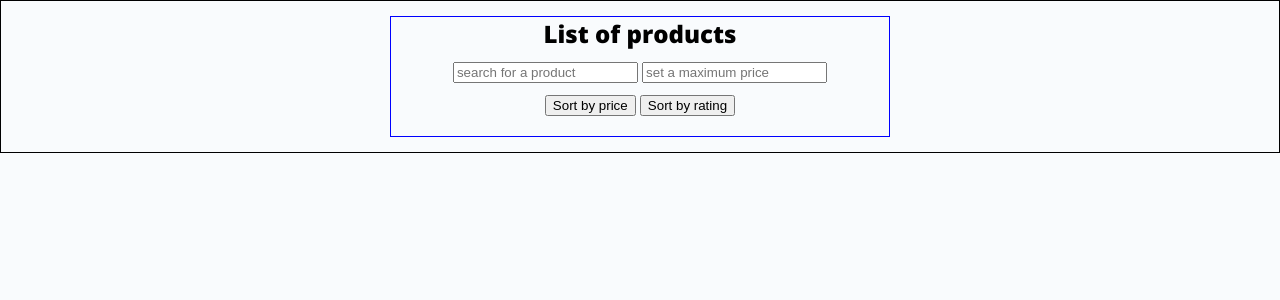
Repository: andrii1/hyf-homework
Page: javascript/javascript2/week2/hyf-bay/index.html
An editor plug-in stored every save of this project. The page is shown before and after the next save, followed by the edit.
The browser window is 1280 px wide. The pictures show the whole page.

Above is the page before, as saved 2022-07-06 12:20:39.

After the next save:
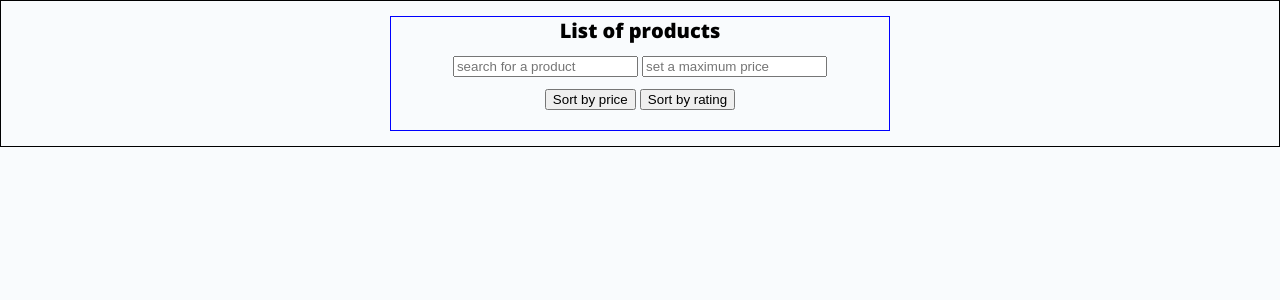
Saved 54 s later.
--- a/javascript/javascript2/week2/hyf-bay/main.css
+++ b/javascript/javascript2/week2/hyf-bay/main.css
@@ -9,6 +9,14 @@
 
 body, h1, h2 {
     margin: 0;
+}
+
+h1 {
+  font-size: 20px;
+}
+
+h2 {
+  font-size: 16px;
 }
 
 ul {

After the save that followed:
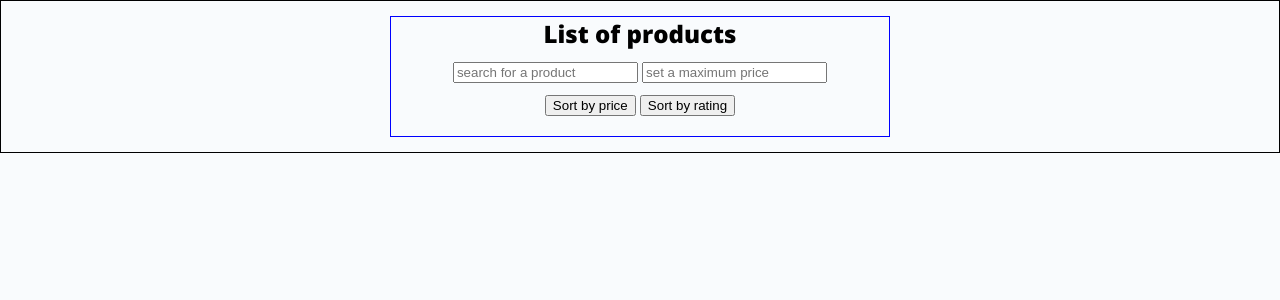
Saved 8 s later.
--- a/javascript/javascript2/week2/hyf-bay/main.css
+++ b/javascript/javascript2/week2/hyf-bay/main.css
@@ -12,11 +12,11 @@
 }
 
 h1 {
-  font-size: 20px;
+  font-size: 24px;
 }
 
 h2 {
-  font-size: 16px;
+  font-size: 20px;
 }
 
 ul {
